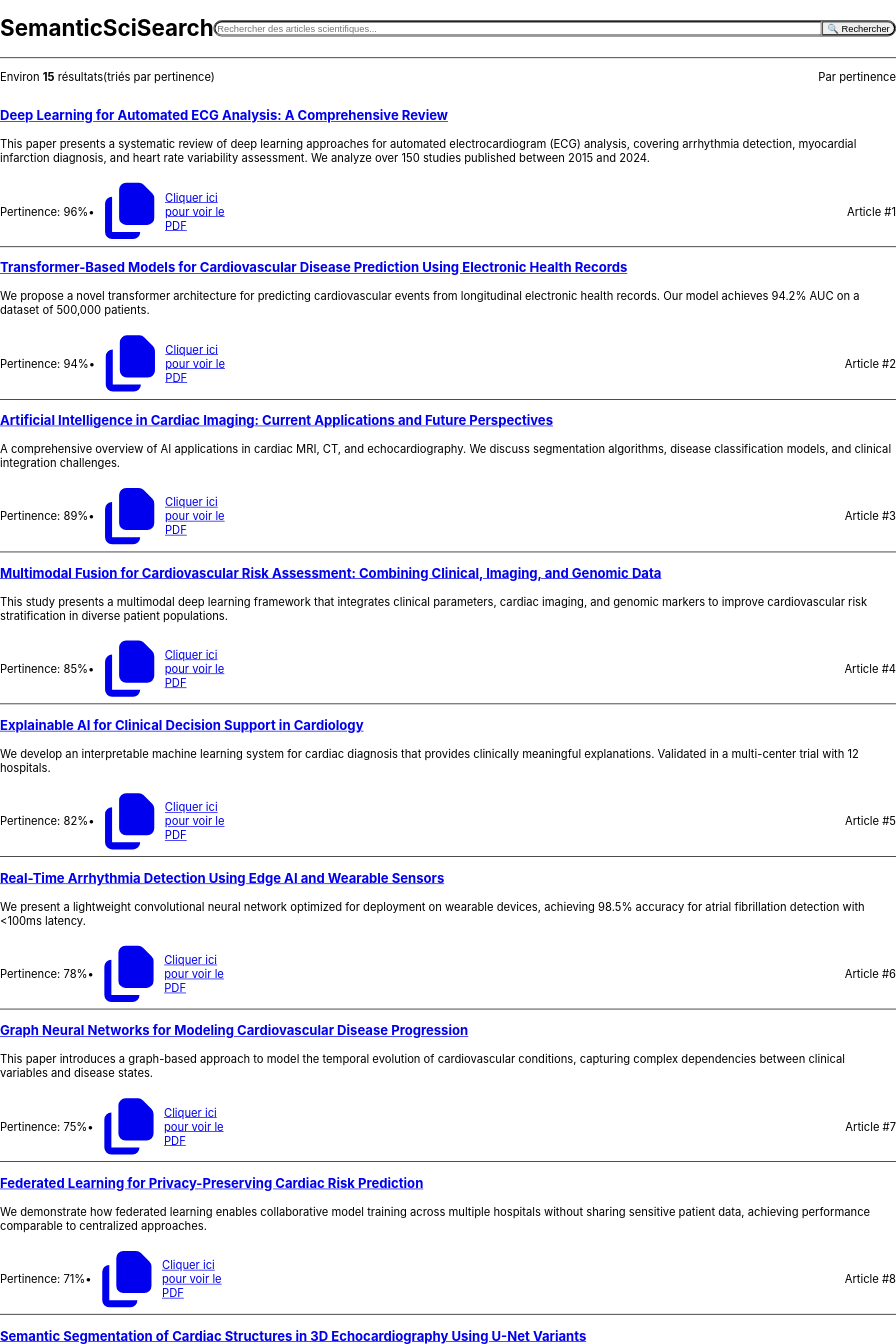
Repository: elh33/SemanticSciSearch
Page: / (app in frontend/)
These files come from the project's save history. The page is drawn as it stood at one moment and after a run of saves; the edit follows.
The browser window is 1280 px wide. The pictures show the part of the page from y = 0 to 1920 px (the page is 3324 px tall before and 2117 px after), at 70% of full size.
The project was rebuilt for these pictures with package versions that can differ from the ones it lists, and the page was loaded fresh each time.

Above is the page before, as saved 2025-11-21 20:33:20.

### frontend/index.html
<!DOCTYPE html>
<html lang="en">
  <head>
    <meta charset="UTF-8" />
    <meta name="viewport" content="width=device-width, initial-scale=1.0" />
    <title>SemanticSciSearch</title>
  </head>
  <body>
    <div id="root"></div>
    <script type="module" src="/src/index.tsx"></script>
  </body>
</html>

### frontend/src/index.tsx
import React from 'react';
import ReactDOM from 'react-dom';
import App from './App';
import './index.css';

ReactDOM.render(
  <React.StrictMode>
    <App />
  </React.StrictMode>,
  document.getElementById('root')
);

### frontend/src/App.tsx
import React from 'react';
// Importe le composant de recherche principal
import SearchResults from './components/SearchResults';

// Le composant App.tsx est le conteneur principal de l'application.
function App() {
  return (
    // Utilisation d'un fragment React (<>...</>) ou d'un <div> si tu as des styles globaux
    <>
      {/* Le composant SearchResults contient maintenant :
        - Le titre et le sous-titre de l'application.
        - La barre de recherche.
        - L'orchestration de la logique (appels à api.ts).
        - L'affichage de la liste des ArticleCard.
      */}
      <SearchResults />
    </>
  );
}

export default App;

### frontend/src/components/SearchResults.tsx
import React, { useState, useEffect } from 'react';
import { Article } from '../types';
import { searchArticles } from '../services/api';
import ArticleCard from './ArticleCard';

const SearchResults: React.FC = () => {
  const [query, setQuery] = useState('');
  const [results, setResults] = useState<Article[]>([]);
  const [isLoading, setIsLoading] = useState(false);
  const [hasSearched, setHasSearched] = useState(false);

  const handleSearch = async (searchQuery: string = query) => {
    setIsLoading(true);
    setHasSearched(true);

    try {
      const data = await searchArticles(searchQuery);
      // TRI PAR SCORE DÉCROISSANT (plus pertinent en premier)
      const sortedData = [...data].sort((a, b) => b.score - a.score);
      setResults(sortedData);
    } catch (error) {
      console.error("Erreur lors de la recherche:", error);
      setResults([]);
    } finally {
      setIsLoading(false);
    }
  };

  // Recherche initiale au chargement
  useEffect(() => {
    handleSearch('');
  }, []);

  const handleSubmit = (e: React.FormEvent) => {
    e.preventDefault();
    handleSearch();
  };

  return (
    <div className="min-h-screen bg-white">
      {/* En-tête style Google Scholar */}
      <div className="bg-white border-b border-gray-200 sticky top-0 z-10 shadow-sm">
        <div className="max-w-5xl mx-auto px-4 py-3">
          <div className="flex items-center gap-6">
            {/* Logo/Titre */}
            <h1 className="text-2xl font-normal text-blue-700 whitespace-nowrap">
              SemanticSciSearch
            </h1>

            {/* Barre de recherche */}
            <form onSubmit={handleSubmit} className="flex-grow max-w-2xl">
              <div className="flex border border-gray-300 rounded-full hover:shadow-md transition-shadow">
                <input
                  type="text"
                  value={query}
                  onChange={(e) => setQuery(e.target.value)}
                  placeholder="Rechercher des articles scientifiques..."
                  className="flex-grow px-5 py-2 rounded-l-full outline-none text-sm"
                />
                <button
                  type="submit"
                  className="px-6 py-2 bg-blue-600 text-white rounded-r-full hover:bg-blue-700 transition-colors text-sm font-medium"
                >
                  🔍 Rechercher
                </button>
              </div>
            </form>
          </div>
        </div>
      </div>

      {/* Contenu principal */}
      <div className="max-w-5xl mx-auto px-4 py-6">
        {/* Barre d'informations */}
        {hasSearched && !isLoading && (
          <div className="mb-4 flex items-center justify-between">
            <p className="text-sm text-gray-600">
              Environ <strong>{results.length}</strong> résultat{results.length > 1 ? 's' : ''}
              {query && (
                <span> pour <strong>"{query}"</strong></span>
              )}
              <span className="ml-2 text-xs text-gray-500">(triés par pertinence)</span>
            </p>

            {/* Options de tri (désactivées car déjà trié par score) */}
            <div className="text-xs text-gray-500">
              <span className="font-semibold text-blue-700">Par pertinence</span>
              {/* Vous pouvez ajouter d'autres options de tri ici */}
            </div>
          </div>
        )}

        {/* Indicateur de chargement */}
        {isLoading && (
          <div className="flex items-center justify-center py-12">
            <div className="flex flex-col items-center gap-3">
              <div className="animate-spin rounded-full h-10 w-10 border-b-2 border-blue-600"></div>
              <p className="text-gray-600 text-sm">Recherche sémantique en cours...</p>
            </div>
          </div>
        )}

        {/* Liste des résultats */}
        {!isLoading && (
          <div className="bg-white">
            {results.length > 0 ? (
              results.map((article) => (
                <ArticleCard key={article.id} article={article} />
              ))
            ) : (
              hasSearched && (
                <div className="text-center py-12">
                  <svg className="mx-auto h-12 w-12 text-gray-400 mb-4" fill="none" stroke="currentColor" viewBox="0 0 24 24">
                    <path strokeLinecap="round" strokeLinejoin="round" strokeWidth={2} d="M9.172 16.172a4 4 0 015.656 0M9 10h.01M15 10h.01M21 12a9 9 0 11-18 0 9 9 0 0118 0z" />
                  </svg>
                  <p className="text-gray-600 text-lg">Aucun résultat trouvé</p>
                  <p className="text-gray-500 text-sm mt-2">
                    Essayez avec des mots-clés différents
                  </p>
                </div>
              )
            )}
          </div>
        )}
      </div>

      {/* Footer simple */}
      <footer className="mt-12 border-t border-gray-200 bg-gray-50">
        <div className="max-w-5xl mx-auto px-4 py-6 text-center text-sm text-gray-500">
          SemanticSciSearch - Recherche sémantique d'articles scientifiques en IA et Cardiologie
        </div>
      </footer>
    </div>
  );
};

export default SearchResults;

### frontend/src/services/api.ts
import { Article } from '../types';
import { MOCK_RESULTS } from '../data/mockData';
import axios from 'axios';

// 💡 INTERRUPTEUR : Passez à 'false' (ou commentez/supprimez) cette ligne
// UNIQUEMENT lorsque le Back-End FastAPI est prêt.
const USE_MOCK_DATA = true;

// URL de base lue depuis le .env pour le mode production
// Le .env doit contenir VITE_API_URL=http://localhost:8000
const API_BASE_URL = 'http://localhost:8000';

/**
 * Fonction principale de recherche d'articles.
 * Elle utilise soit les données mockées, soit l'API réelle.
 * @param query Le texte de la requête de l'utilisateur.
 * @returns Une promesse qui résout vers un tableau d'articles.
 */
export const searchArticles = async (query: string): Promise<Article[]> => {
  if (USE_MOCK_DATA) {
    // --- MODE MOCKÉ ---
    console.log(`[MOCK] Simulation de recherche pour: "${query}"`);

    // 1. Simuler le délai réseau (500ms) pour une meilleure expérience utilisateur
    await new Promise(resolve => setTimeout(resolve, 500));

    // 2. Simuler un filtre simple (recherche du mot-clé dans le titre)
    // S'il n'y a pas de requête (query vide), on renvoie tout.
    const lowerCaseQuery = query.toLowerCase();

    return MOCK_RESULTS.filter(article =>
        article.title.toLowerCase().includes(lowerCaseQuery) || lowerCaseQuery.length === 0
    );

  } else {
    // --- MODE PRODUCTION (Axios) ---
    console.log(`[AXIOS] Requête réelle vers: ${API_BASE_URL}/search pour: "${query}"`);

    try {
      // 1. Envoi de la requête POST à FastAPI
      const response = await axios.post(`${API_BASE_URL}/search`, { query });

      // 2. Retourne les données (TypeScript vérifie que c'est un tableau d'Articles)
      return response.data as Article[];

    } catch (error) {
      console.error("Erreur lors de l'appel à l'API de recherche:", error);
      // En cas d'échec de l'API, on renvoie un tableau vide
      return [];
    }
  }
};

### frontend/src/components/ArticleCard.tsx
import React from 'react';
import { Article } from '../types';

interface ArticleCardProps {
  article: Article;
}

const ArticleCard: React.FC<ArticleCardProps> = ({ article }) => {
  const scorePercent = (article.score * 100).toFixed(0);

  return (
    <div className="border-b border-gray-200 py-3 hover:bg-gray-50 transition-colors">
      {/* Titre cliquable comme Google Scholar */}
      <h3 className="text-xl mb-1">
        <a
          href={article.pdf_url}
          target="_blank"
          rel="noopener noreferrer"
          className="text-blue-800 hover:underline font-normal visited:text-purple-800"
        >
          {article.title}
        </a>
      </h3>

      {/* Résumé */}
      <p className="text-sm text-gray-700 leading-relaxed mb-2">
        {article.abstract}
      </p>

      {/* Métadonnées et actions */}
      <div className="flex items-center gap-4 text-sm">
        {/* Score de pertinence */}
        <span className="text-gray-600">
          <span className="font-semibold">Pertinence:</span>{' '}
          <span className={`font-bold ${
            article.score > 0.8 ? 'text-green-600' :
            article.score > 0.5 ? 'text-yellow-600' :
            'text-gray-500'
          }`}>
            {scorePercent}%
          </span>
        </span>

        {/* Séparateur */}
        <span className="text-gray-400">•</span>

        {/* Lien PDF */}
        <a
          href={article.pdf_url}
          target="_blank"
          rel="noopener noreferrer"
          className="text-blue-700 hover:underline flex items-center gap-1"
        >
          <svg className="w-4 h-4" fill="currentColor" viewBox="0 0 20 20">
            <path d="M9 2a2 2 0 00-2 2v8a2 2 0 002 2h6a2 2 0 002-2V6.414A2 2 0 0016.414 5L14 2.586A2 2 0 0012.586 2H9z" />
            <path d="M3 8a2 2 0 012-2v10h8a2 2 0 01-2 2H5a2 2 0 01-2-2V8z" />
          </svg>
          Cliquer ici pour voir le PDF
        </a>

        {/* ID de l'article */}
        <span className="text-gray-400 text-xs ml-auto">
          Article #{article.id}
        </span>
      </div>
    </div>
  );
};

export default ArticleCard;

### frontend/src/data/mockData.ts
import { Article } from '../types';

export const MOCK_RESULTS: Article[] = [
  {
    id: '1',
    title: 'Deep Learning for Automated ECG Analysis: A Comprehensive Review',
    abstract: "This paper presents a systematic review of deep learning approaches for automated electrocardiogram (ECG) analysis, covering arrhythmia detection, myocardial infarction diagnosis, and heart rate variability assessment. We analyze over 150 studies published between 2015 and 2024.",
    score: 0.96,
    pdf_url: 'https://arxiv.org/pdf/2301.04634'
  },
  {
    id: '2',
    title: 'Transformer-Based Models for Cardiovascular Disease Prediction Using Electronic Health Records',
    abstract: "We propose a novel transformer architecture for predicting cardiovascular events from longitudinal electronic health records. Our model achieves 94.2% AUC on a dataset of 500,000 patients.",
    score: 0.94,
    pdf_url: 'https://arxiv.org/pdf/2305.12987'
  },
  {
    id: '3',
    title: 'Artificial Intelligence in Cardiac Imaging: Current Applications and Future Perspectives',
    abstract: "A comprehensive overview of AI applications in cardiac MRI, CT, and echocardiography. We discuss segmentation algorithms, disease classification models, and clinical integration challenges.",
    score: 0.89,
    pdf_url: 'https://arxiv.org/pdf/2203.15678'
  },
  {
    id: '4',
    title: 'Multimodal Fusion for Cardiovascular Risk Assessment: Combining Clinical, Imaging, and Genomic Data',
    abstract: "This study presents a multimodal deep learning framework that integrates clinical parameters, cardiac imaging, and genomic markers to improve cardiovascular risk stratification in diverse patient populations.",
    score: 0.85,
    pdf_url: '/documents/multimodal-cardio-risk.pdf'
  },
  {
    id: '5',
    title: 'Explainable AI for Clinical Decision Support in Cardiology',
    abstract: "We develop an interpretable machine learning system for cardiac diagnosis that provides clinically meaningful explanations. Validated in a multi-center trial with 12 hospitals.",
    score: 0.82,
    pdf_url: 'https://arxiv.org/pdf/2511.13703.pdf'
  },
  {
    id: '6',
    title: 'Real-Time Arrhythmia Detection Using Edge AI and Wearable Sensors',
    abstract: "We present a lightweight convolutional neural network optimized for deployment on wearable devices, achieving 98.5% accuracy for atrial fibrillation detection with <100ms latency.",
    score: 0.78,
    pdf_url: '/documents/edge-ai-arrhythmia.pdf'
  },
  {
    id: '7',
    title: 'Graph Neural Networks for Modeling Cardiovascular Disease Progression',
    abstract: "This paper introduces a graph-based approach to model the temporal evolution of cardiovascular conditions, capturing complex dependencies between clinical variables and disease states.",
    score: 0.75,
    pdf_url: 'https://arxiv.org/pdf/2204.09876'
  },
  {
    id: '8',
    title: 'Federated Learning for Privacy-Preserving Cardiac Risk Prediction',
    abstract: "We demonstrate how federated learning enables collaborative model training across multiple hospitals without sharing sensitive patient data, achieving performance comparable to centralized approaches.",
    score: 0.71,
    pdf_url: '/documents/federated-cardiac.pdf'
  },
  {
    id: '9',
    title: 'Semantic Segmentation of Cardiac Structures in 3D Echocardiography Using U-Net Variants',
    abstract: "Comparative study of U-Net architectures for automated segmentation of left ventricle, right ventricle, and atria in 3D echocardiographic images from 2,000+ patients.",
    score: 0.67,
    pdf_url: '/documents/3d-echo-segmentation.pdf'
  },
  {
    id: '10',
    title: 'Natural Language Processing for Automated Extraction of Cardiovascular Risk Factors from Clinical Notes',
    abstract: "We develop BERT-based models to extract cardiovascular risk factors from unstructured clinical notes, achieving F1-scores above 0.90 for key entities like hypertension, diabetes, and smoking status.",
    score: 0.64,
    pdf_url: 'https://arxiv.org/pdf/2302.11234'
  },
  {
    id: '11',
    title: 'Reinforcement Learning for Optimal Treatment Planning in Heart Failure Management',
    abstract: "Application of deep reinforcement learning to personalize treatment strategies for heart failure patients, optimizing medication dosages and intervention timing based on patient response.",
    score: 0.58,
    pdf_url: '/documents/rl-heart-failure.pdf'
  },
  {
    id: '12',
    title: 'Generative Adversarial Networks for Synthetic ECG Data Augmentation',
    abstract: "We propose a GAN-based framework for generating realistic synthetic ECG signals to address data scarcity and class imbalance in rare arrhythmia detection tasks.",
    score: 0.52,
    pdf_url: '/documents/gan-ecg-augmentation.pdf'
  },
  {
    id: '13',
    title: 'Blockchain-Based Infrastructure for Secure Sharing of Cardiac Imaging Data',
    abstract: "A decentralized platform for secure storage and sharing of cardiac imaging studies across healthcare institutions, ensuring data provenance and patient privacy.",
    score: 0.45,
    pdf_url: '/documents/blockchain-cardiac-imaging.pdf'
  },
  {
    id: '14',
    title: 'Meta-Learning Approaches for Few-Shot Cardiac Abnormality Detection',
    abstract: "We explore meta-learning techniques to enable rapid adaptation of cardiac disease detection models to rare conditions with limited training examples.",
    score: 0.38,
    pdf_url: '/documents/meta-learning-cardiac.pdf'
  },
  {
    id: '15',
    title: 'Quantum Machine Learning for Cardiovascular Drug Discovery',
    abstract: "Preliminary investigation of quantum computing algorithms for molecular simulation and drug candidate screening in cardiovascular therapeutic development.",
    score: 0.22,
    pdf_url: '/documents/quantum-ml-cardio.pdf'
  }
];

Loaded but not shown: frontend/src/index.css (common file)

After the next 2 saves:
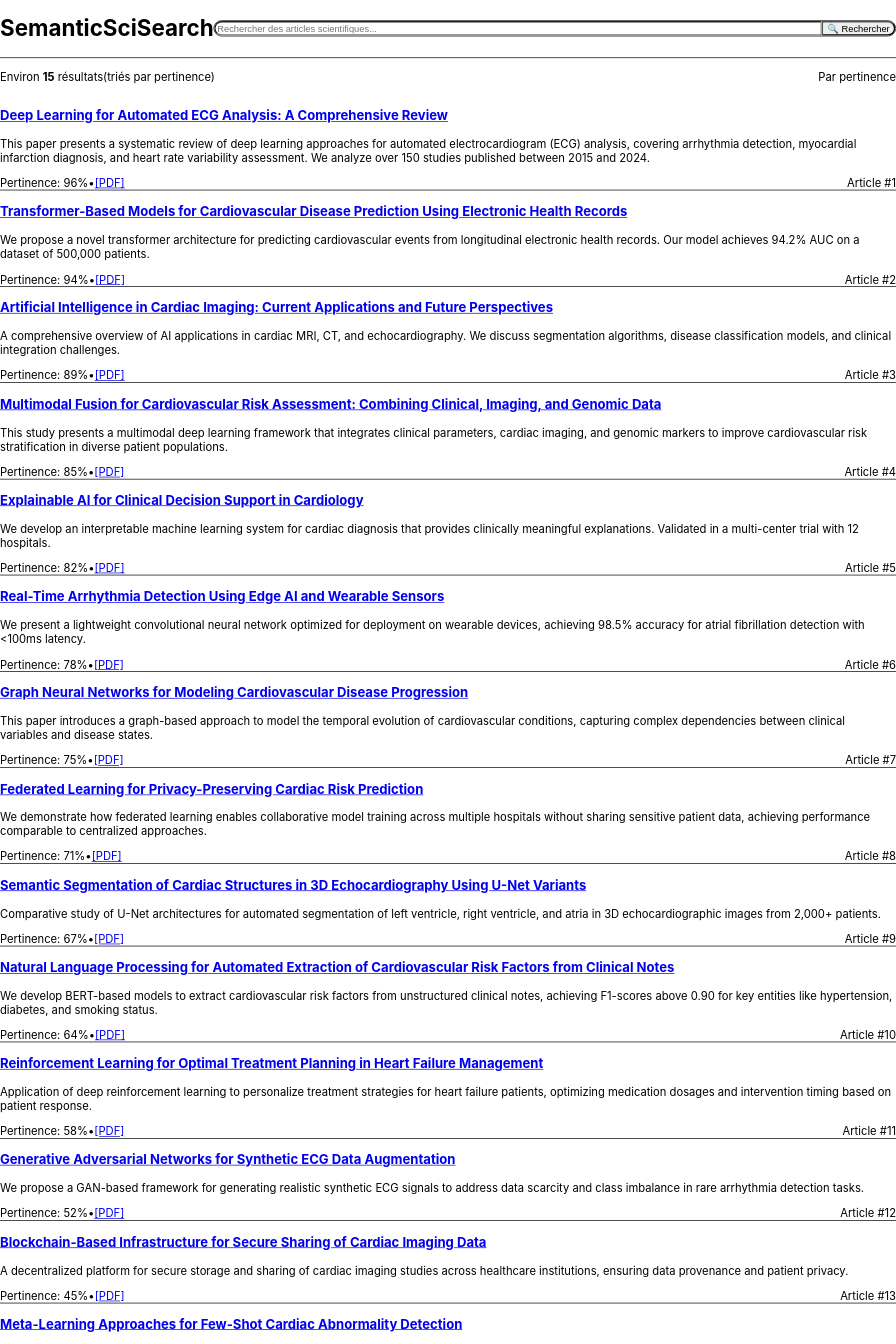
The 2 saves are shown as one change because they came seconds apart.
The last was saved 3 min 29 s later.
--- a/frontend/src/components/ArticleCard.tsx
+++ b/frontend/src/components/ArticleCard.tsx
@@ -44,18 +44,14 @@ const ArticleCard: React.FC<ArticleCardProps> = ({ article }) => {
         {/* Séparateur */}
         <span className="text-gray-400">•</span>
 
-        {/* Lien PDF */}
+        {/* Lien PDF - SANS ICÔNE */}
         <a
           href={article.pdf_url}
           target="_blank"
           rel="noopener noreferrer"
-          className="text-blue-700 hover:underline flex items-center gap-1"
+          className="text-blue-700 hover:underline"
         >
-          <svg className="w-4 h-4" fill="currentColor" viewBox="0 0 20 20">
-            <path d="M9 2a2 2 0 00-2 2v8a2 2 0 002 2h6a2 2 0 002-2V6.414A2 2 0 0016.414 5L14 2.586A2 2 0 0012.586 2H9z" />
-            <path d="M3 8a2 2 0 012-2v10h8a2 2 0 01-2 2H5a2 2 0 01-2-2V8z" />
-          </svg>
-          Cliquer ici pour voir le PDF
+          [PDF]
         </a>
 
         {/* ID de l'article */}
